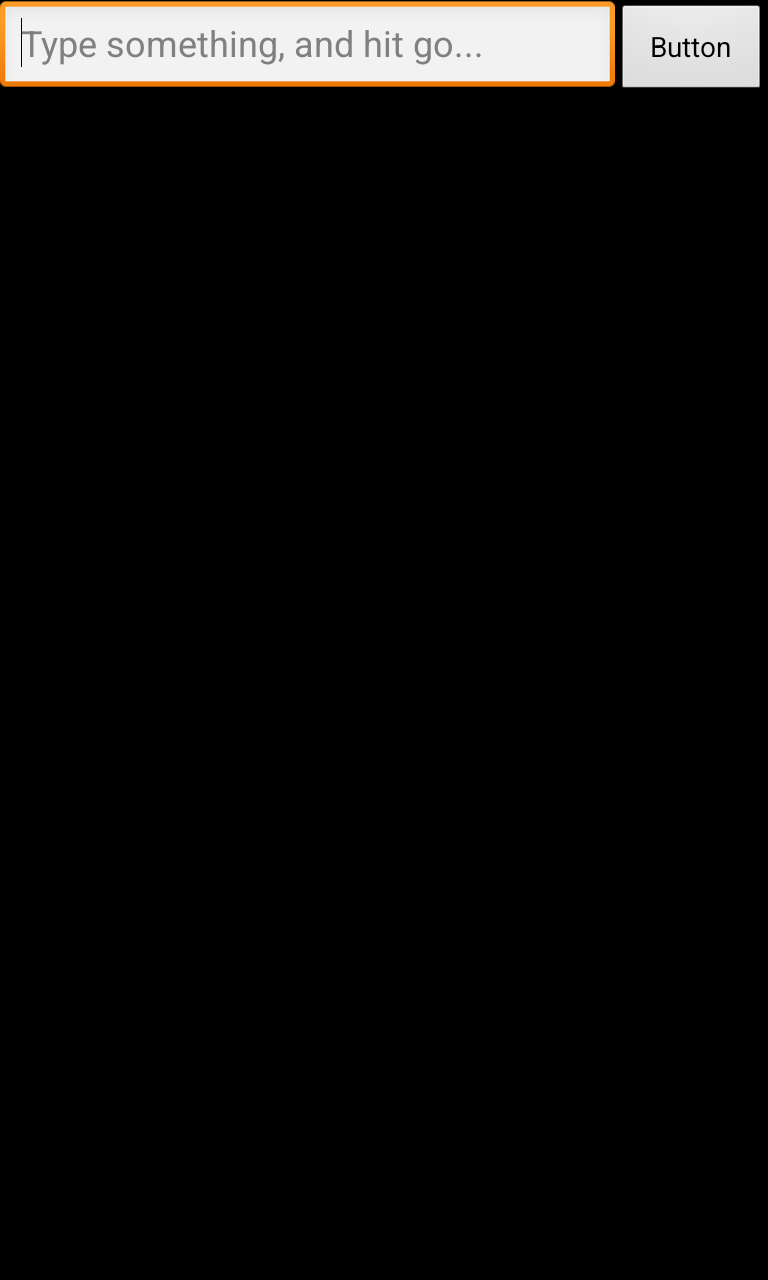
Repository: pazuzu156/KKAndroid
Layout: InitialRepoApp/res/layout/main.xml
The author's editor kept a copy of each file at every save. The layout is drawn from the files as they stood at one save, then again after the next save.
It is drawn on a 768 x 1280 px phone screen (xhdpi) without system bars, with theme android:Theme; the app's code is not run.

Above is the layout before, as saved 2012-06-17 06:07:55.

### InitialRepoApp/res/layout/main.xml
<?xml version="1.0" encoding="utf-8"?>
<LinearLayout xmlns:android="http://schemas.android.com/apk/res/android"
    android:layout_width="fill_parent"
    android:layout_height="fill_parent"
    android:orientation="vertical" >

    <LinearLayout
        android:layout_width="match_parent"
        android:layout_height="wrap_content"
        android:weightSum="10" >

        <EditText
            android:id="@+id/et"
            android:layout_width="fill_parent"
            android:layout_height="wrap_content"
            android:layout_weight="2"
            android:hint="Type something, and hit go..." >

            <requestFocus />
        </EditText>

        <Button
            android:id="@+id/go"
            android:layout_width="fill_parent"
            android:layout_height="wrap_content"
            android:layout_weight="8"
            android:text="Button" />

    </LinearLayout>



</LinearLayout>

After the next save:
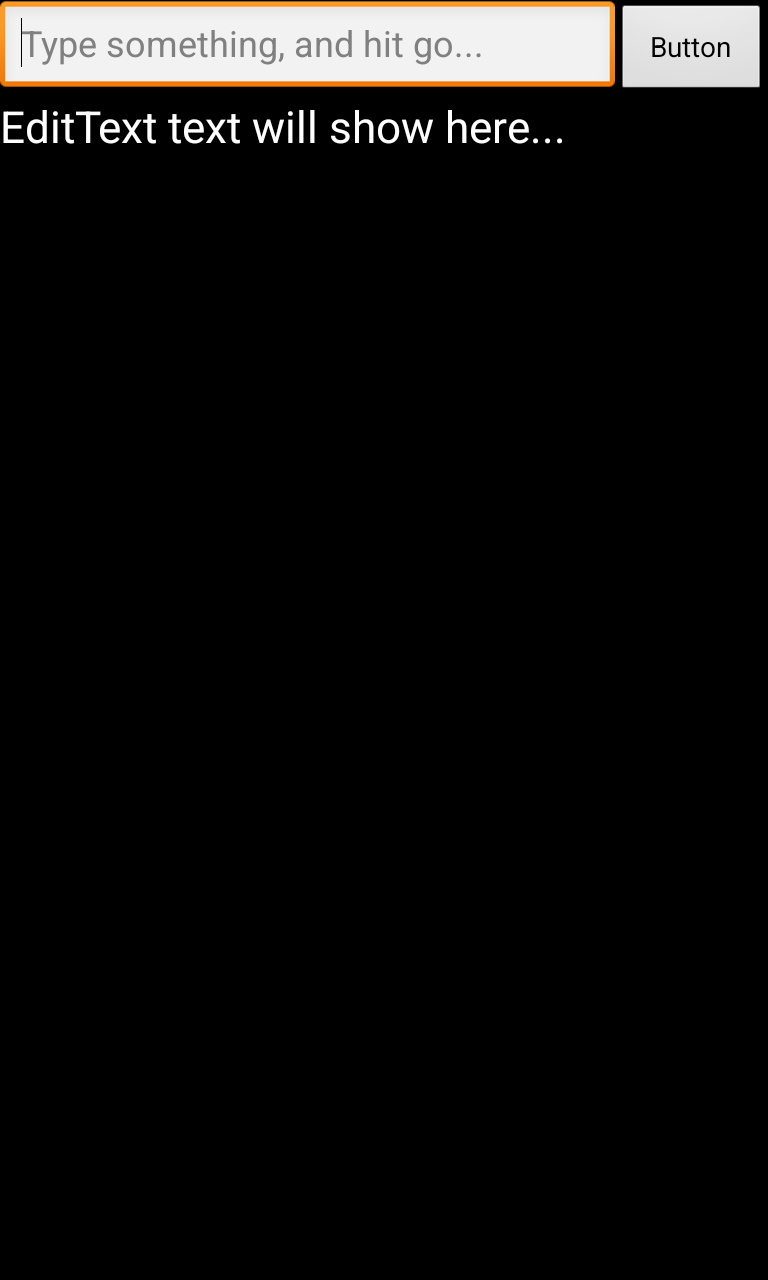
Saved 42 s later.
--- a/InitialRepoApp/res/layout/main.xml
+++ b/InitialRepoApp/res/layout/main.xml
@@ -28,6 +28,11 @@
 
     </LinearLayout>
 
-
+    <TextView
+        android:id="@+id/textView2"
+        android:layout_width="fill_parent"
+        android:layout_height="wrap_content"
+        android:text="EditText text will show here..."
+        android:textAppearance="?android:attr/textAppearanceLarge" />
 
 </LinearLayout>
